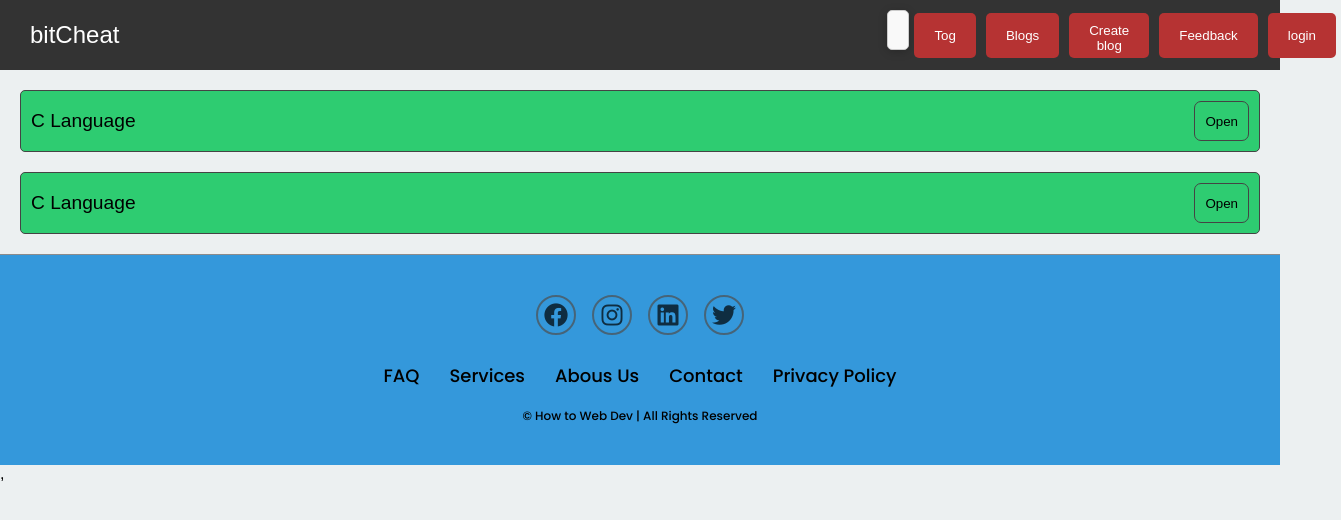
Repository: hitoutvrma/college-notes-website
Page: /IT (app in frontend/app/)
An editor plug-in stored every save of this project. The page is shown before and after the next save, followed by the edit.
The browser window is 1280 px wide. The page is 1341 px wide, so the pictures cover 1341 px, including what lies to the right of the window. The pictures show the whole page.
Some web fonts or font styles are not loaded; a fallback is used. The project was rebuilt for these pictures with package versions that can differ from the ones it lists, and the page was loaded fresh each time. Also part of the build but not shown: frontend/app/src/components/UserStatistics.js, frontend/app/src/components/Header.js, frontend/app/src/components/Home.js, frontend/app/src/components/BlogList.js, frontend/app/src/components/CreateBlog.jsx, frontend/app/src/components/Notfoundpage.js.

Above is the page before, as saved 2024-08-17 00:04:27.

After the next save:
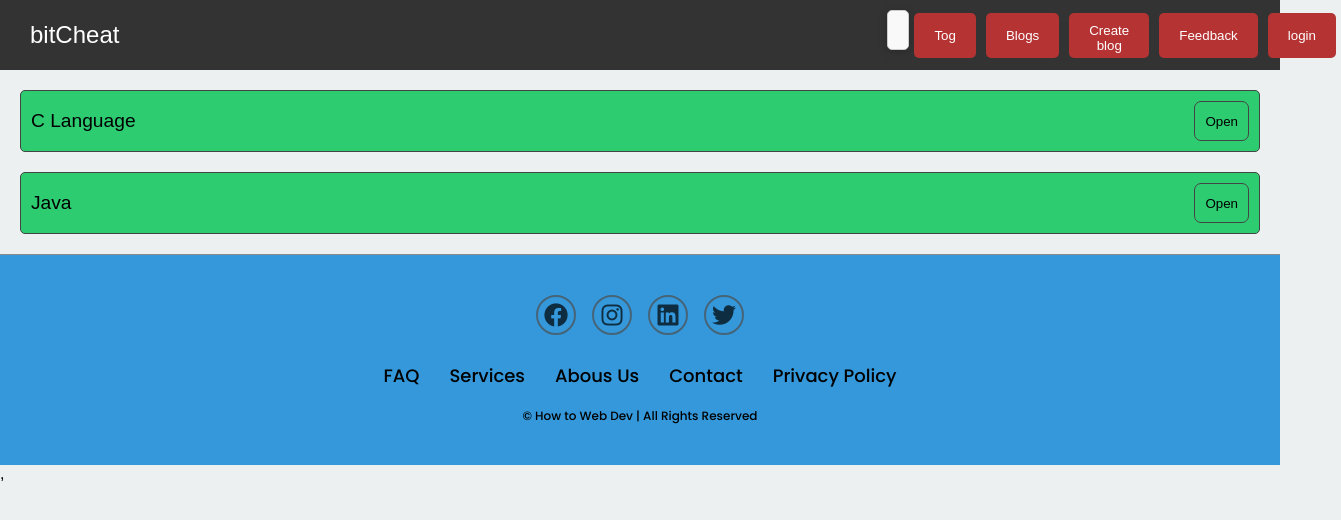
Saved 36 s later.
--- a/frontend/app/src/components/NotesPage.js
+++ b/frontend/app/src/components/NotesPage.js
@@ -59,7 +59,7 @@ const NotesPage = () => {
 ]
     },
     {
-      title: 'C Language',
+      title: 'Java',
       subChapters: [
 <div className='subjects'><p>C Language</p><svg
   xmlns="http://www.w3.org/2000/svg"
